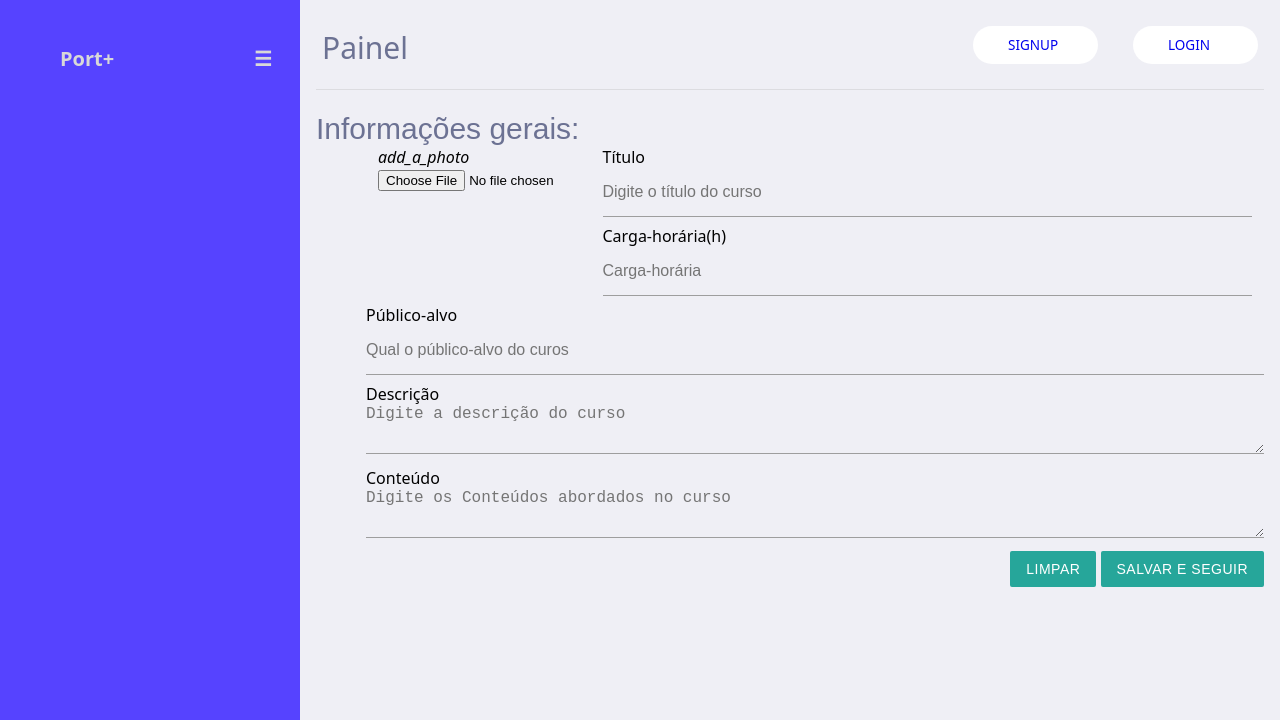
Repository: LauraMViana/Port-plus
Page: http://localhost/portPlus/criarCurso/criarCurso
An editor plug-in stored every save of this project. The page is shown before and after the next save, followed by the edit.
The browser window is 1280 px wide. The pictures show the whole page.
The page is this project's Thymeleaf template; nobody is signed in. The template is opened directly, without the code that normally fills it, so the values that code supplies are empty.

Above is the page before, as saved 2022-01-02 16:46:50.

### port/src/main/resources/templates/portPlus/criarCurso/criarCurso.html
<!DOCTYPE html >
<html xmlns:th="http://www.thymeleaf.org">
<head>
<meta charset="UTF-8">
<link rel="stylesheet"
	href="https://cdnjs.cloudflare.com/ajax/libs/font-awesome/4.7.0/css/font-awesome.min.css">
<!-- Compiled and minified CSS <!--
<link rel="stylesheet"
	href="https://cdnjs.cloudflare.com/ajax/libs/materialize/1.0.0/css/materialize.min.css">
-->
<link href="https://fonts.googleapis.com/icon?family=Material+Icons"
	rel="stylesheet">
<link rel="stylesheet" href="/Style.css">

<title>PortPlus</title>
</head>
<body>
	<div th:insert="~{menu :: navside}"></div>
	<div id="main">
		<div th:insert="~{menu :: navbar}"></div>
		<h4>Informações gerais:</h4>
		<form action="/portPlus/criarCurso" method="post"
			enctype="multipart/form-data" th:object="${curso}">
			<div class="file input-field col s3">
				<i class="large material-icons">add_a_photo</i> <input type="file"
					name="file">
				<p th:errors="*{nomeLogo}"></p>
			</div>
			<div class="input-field col s9">
				<label for="titulo">Título</label> <input
					placeholder="Digite o título do curso" id="titulo" type="text"
					class="validate" th:field="*{titulo}">
				<p th:errors="*{titulo}"></p>
				<div>
					<label for="cg">Carga-horária(h)</label> <input
						placeholder="Carga-horária" id="cg" type="number" class="validate"
						th:field="*{cargahoraria}">
				</div>
				<p th:errors="*{cargahoraria}"></p>
			</div>
			<div class="input-field">
				<label for=" nome"> Público-alvo</label> <input
					placeholder="Qual o público-alvo do curos" id="nome" type="text"
					th:field="*{publicalvo}">
				<p th:errors="*{publicalvo}"></p>
			</div>

			<div class="input-field">
				<label for="textarea1">Descrição</label>
				<textarea placeholder="Digite a descrição do curso" id="textarea1"
					class="materialize-textarea" th:field="*{descricao}"></textarea>

				<p th:errors="*{descricao}"></p>
			</div>

			<div class="input-field">
				<label for="textarea1">Conteúdo</label>
				<textarea placeholder="Digite os Conteúdos abordados no curso"
					id="textarea1" class="materialize-textarea" th:field="*{conteudo}"></textarea>

				<p th:errors="*{conteudo}"></p>
			</div>

			<div id="btn">
				<button class="btn waves-effect waves-light align-center"
					type="reset" name="action">Limpar</button>
				<button class="btn waves-effect waves-light align-center"
					type="submit" name="action">Salvar e seguir</button>
			</div>
		</form>
	</div>
	<script
		src="https://ajax.googleapis.com/ajax/libs/jquery/3.5.1/jquery.min.js"></script>
	<script>
		$(".menu").click(function() {
			$("#mySidenav").css('width', '70px');
			$("#main").css('margin-left', '70px');
			$(".logo").css('display', 'none');
			$(".logo1").css('display', 'block');
			$(".logo span").css('visibility', 'visible');
			$(".logo span").css('margin-left', '-10px');
			$(".icon-a").css('visibility', 'hidden');
			$(".icon-a").css('height', '25px');
			$(".icons").css('visibility', 'visible');
			$(".icons").css('margin-left', '-8px');
			$(".menu1").css('display', 'block');
			$(".menu").css('display', 'none');
		});

		$(".menu1").click(function() {
			$("#mySidenav").css('width', '300px');
			$("#main").css('margin-left', '300px');
			$(".logo").css('visibility', 'visible');
			$(".logo").css('display', 'block');
			$(".icon-a").css('visibility', 'visible');
			$(".icons").css('visibility', 'visible');
			$(".menu").css('display', 'block');
			$(".menu1").css('display', 'none');
		});
	</script>
	<script>
		$(document).ready(function() {
			$(".profile p").click(function() {
				$(".profile-div").toggle();
			});
		});
	</script>
</body>
</html>

### port/src/main/resources/templates/menu.html
<!DOCTYPE html >
<html xmlns:th="http://www.thymeleaf.org">
<head>
<meta charset="UTF-8">
<link rel="stylesheet" href="/Style.css" type="text/css" />
<link rel="stylesheet"
	href="https://cdnjs.cloudflare.com/ajax/libs/font-awesome/4.7.0/css/font-awesome.min.css">
<title>Port+</title>
</head>
<body>

	<!-- sec:authorize="hasRole('VENDAS')"  -->
	<div th:fragment="navside">

		<div id="mySidenav" class="sidenav">
			<p class="logo"><a href="/">
				Port+ <span class="menu">&#9776;</span></a>
			</p>
			<p class="logo1">
				<span class="menu1">&#9776;</span>
			</p>
			<!-- <a href="/" class="icon-a"> <i class="fa fa-dashboard icons"></i>
				&nbsp;&nbsp;Painel
			</a> -->
			<a sec:authorize="isAuthenticated()" href="/" class="icon-a"><i
				class="fa fa-list icons"></i> &nbsp;&nbsp;Menu</a> <a
				sec:authorize="isAuthenticated()" href="#" class="icon-a"><i
				class="fa fa-user icons"></i> &nbsp;&nbsp;Perfil</a> <a
				sec:authorize="isAuthenticated()" href="/portPlus/criarCurso"
				class="icon-a"><i class="fa fa-edit icons"></i> &nbsp;&nbsp;Meus
				Cursos(A)</a> <a sec:authorize="isAuthenticated()"
				href="/portPlus/criarCurso" class="icon-a"><i
				class="fa fa-edit icons"></i> &nbsp;&nbsp;Criar Curso(I)</a><a
				sec:authorize="isAuthenticated()" href="/portPlus/meusCursos"
				class="icon-a"><i class="fa fa-list-alt icons"></i>
				&nbsp;&nbsp;Submeter curso(I)</a>
		</div>
	</div>

	<div id="main">
		<div th:fragment="navbar">
			<div class="head">
				<div class="col-div-6">
					<p class="nav">Painel</p>
				</div>
				<div class="col-div-6">
					<div sec:authorize="isAuthenticated()" class="profile">
						<img src="/Imagens/usuario.png" class="pro-img circle" />
						<p sec:authentication="name">
							Instrutor <i class="fa fa-ellipsis-v dots" aria-hidden="true"></i>
						</p>

						<div class="profile-div">
							<p>
								<a href="#" class="icon-a"><i class="fa fa-user"></i>
									&nbsp;&nbsp;Perfil
							</p>
							<p>
								<i class="fa fa-power-off"></i> &nbsp;&nbsp;Sair
							</p>
						</div>
					</div>
					<div class="login">
						<p sec:authorize="!isAuthenticated()">
							<a href="/portPlus/login">LOGIN</a>
						</p>
						<p sec:authorize="!isAuthenticated()">
							<a href="/portPlus/signup">SIGNUP</a>
						</p>
					</div>
				</div>
				<div class="clearfix"></div>
			</div>
			<div class="clearfix"></div>
			<br />
		</div>
	</div>
	<script
		src="https://ajax.googleapis.com/ajax/libs/jquery/3.5.1/jquery.min.js"></script>
	<script>
		$(".menu").click(function() {
			$("#mySidenav").css('width', '70px');
			$("#main").css('margin-left', '70px');
			$(".logo").css('display', 'none');
			$(".logo1").css('display', 'block');
			$(".logo span").css('visibility', 'visible');
			$(".logo span").css('margin-left', '-10px');
			$(".icon-a").css('visibility', 'hidden');
			$(".icon-a").css('height', '25px');
			$(".icons").css('visibility', 'visible');
			$(".icons").css('margin-left', '-8px');
			$(".menu1").css('display', 'block');
			$(".menu").css('display', 'none');
		});

		$(".menu1").click(function() {
			$("#mySidenav").css('width', '300px');
			$("#main").css('margin-left', '300px');
			$(".logo").css('visibility', 'visible');
			$(".logo").css('display', 'block');
			$(".icon-a").css('visibility', 'visible');
			$(".icons").css('visibility', 'visible');
			$(".menu").css('display', 'block');
			$(".menu1").css('display', 'none');
		});
	</script>
	<script>
		$(document).ready(function() {
			$(".profile p").click(function() {
				$(".profile-div").toggle();

			});

			/* $(".noti-icon").click(function() {
					$(".notification-div").toggle();
				}); */

		});
	</script>
</body>
</html>

### port/src/main/resources/static/Style.css
/* Laura */
body {
	margin: 0px;
	padding: 0px;
	background-color: #efeff5;
	font-family: system-ui;
}

.clearfix {
	clear: both;
}

.logo {
	margin: 0px;
	margin-left: 28px;
	font-weight: bold;
	color: white;
	margin-bottom: 30px;
}

.sidenav {
	height: 100%;
	width: 300px;
	position: fixed;
	z-index: 1;
	top: 0;
	left: 0;
	background-color: #5643ff;
	overflow: hidden;
	padding-top: 30px;
	transition: ease-in-out 0.3s;
}

.menu {
	float: right;
	margin-right: 20px;
	cursor: pointer;
}

.logo1 {
	margin: 0px;
	margin-left: 20px;
	font-weight: bold;
	color: white;
	margin-bottom: 50px;
	display: none;
	cursor: pointer;
}

.menu1 {
	float: left;
	display: none;
}

.sidenav a {
	padding: 15px 8px 15px 32px;
	text-decoration: none;
	font-size: 20px;
	color: #d8d8d8;
	display: block;
}

.sidenav a:hover {
	color: #f1f1f1;
	background-color: #2c1ed6;
}

.sidenav {
	top: 0;
	right: 25px;
	font-size: 30px;
}

#main {
	padding: 16px;
	margin-left: 300px;
}

.head {
	padding: 0px 6px;
	border-bottom: 1px solid #d6d6d8b8;
	padding-bottom: 10px;
}

.col-div-6 {
	width: 50%;
	float: left;
}

.login p {
	color: #6c7293;
	font-weight: 500;
	margin-left: 35px;
	margin-top: 10px;
	font-size: 13.5px;
	background-color: white;
	padding: 10px;
	border-radius: 25px;
	padding-left: 35px;
	width: 80px;
	float: right;
	cursor: pointer;
}

.profile {
	display: inline-block;
	float: right;
	width: 160px;
}

.pro-img {
	float: left;
	width: 40px;
	margin-top: 8px;
	margin-left: 20px;
}

.profile p {
	color: #6c7293;
	font-weight: 500;
	margin-left: 35px;
	margin-top: 10px;
	font-size: 13.5px;
	background-color: white;
	padding: 10px;
	border-radius: 25px;
	padding-left: 35px;
	cursor: pointer;
}

.dots {
	margin-left: 10px;
}

.profile-div {
	background-color: white;
	width: 160px;
	border: 1px solid #ddd;
	padding: 10px 0px;
	right: 2%;
	border-radius: 5px;
	position: absolute;
	z-index: 9;
	display: none;
}

.profile-div:after {
	content: '';
	position: absolute;
	height: 10px;
	width: 10px;
	background-color: white;
	top: -6px;
	border-left: 1px solid #ddd;
	border-top: 1px solid #ddd;
	transform: rotate(45deg);
	right: 10%;
}

.profile-div p {
	margin: 0px;
	padding: 10px 20px;
}

.profile-div p:hover {
	margin: 0px;
	padding: 10px 20px;
	background-color: #5643ff;
	border-radius: 0px;
	color: white;
}

.notification-div {
	background-color: white;
	width: 240px;
	border: 1px solid #ddd;
	padding: 10px 0px;
	right: 16%;
	border-radius: 5px;
	top: 12%;
	position: absolute;
	z-index: 9;
	display: none;
}

.notification-div:after {
	content: '';
	position: absolute;
	height: 10px;
	width: 10px;
	background-color: white;
	top: -6px;
	border-left: 1px solid #ddd;
	border-top: 1px solid #ddd;
	transform: rotate(45deg);
	right: 10%;
}

.noti-head {
	display: block;
	margin: 0px;
	color: #6c7293;
}

.noti-head:hover {
	background-color: white !important;
	color: #6c7293 !important;
}

.noti-head span {
	position: absolute;
	right: 8%;
	top: 10%;
	background-color: #5643ff;
	padding: 1px 5px;
	color: white;
	border-radius: 20px;
}

.hr {
	margin: 0px;
	border: none;
	background-color: #ddd;
	height: 1px;
}

.notification-div p {
	margin: 0px;
	padding: 10px 20px;
	color: #6c7293;
}

.notification-div p span {
	font-size: 11px;
	display: block;
}

.notification-div p:hover {
	margin: 0px;
	padding: 10px 20px;
	background-color: #5643ff;
	border-radius: 0px;
	color: white;
}

.search-icon {
	position: absolute;
	right: 22%;
	top: 25px;
	background-color: white;
	padding: 13px;
	border-radius: 21px;
	color: #6c7293;
	cursor: pointer;
}

.noti-icon {
	position: absolute;
	right: 17%;
	top: 25px;
	background-color: #5643ff;
	padding: 13px;
	border-radius: 21px;
	color: #fff;
	cursor: pointer;
}

.noti-icon:after {
	content: '';
	height: 5px;
	width: 5px;
	border-radius: 5px;
	top: 5px;
	left: 20px;
	position: absolute;
	background-color: red;
}

.col-div-4-1 {
	width: 33.3%;
	float: left;
}

.box {
	width: 88%;
	height: 480px;
	background-color: #ffffff;
	margin-left: 10px;
	padding: 10px;
	box-shadow: 2px 5px 10px #ddd;
	position: relative;
}

.box p {
	color: #6c7293;
	font-weight: 500;
	padding-left: 10px;
}

.number {
	font-size: 35px;
	margin-bottom: 0px;
	margin-top: 20px;
}

.percent {
	margin: 0px;
	font-size: 14px;
	color: #37bf37 !important;
}

.percent span {
	font-size: 12px;
	color: #9398b1;
	padding-left: 3px;
}

.head-1 {
	font-size: 18px !important;
	margin: 10px 0px;
	color: #6c7293;
}

.head-1 span {
	float: right;
	background-color: #5643ff;
	color: white;
	padding: 3px 10px;
	font-size: 15px;
}

.box-icon {
	font-size: 20px !important;
	margin-top: 35px !important;
	color: #5643ff;
	padding-right: 10px;
	background-color: #efeff5;
	padding: 15px;
	border-radius: 25px;
	position: absolute;
	right: 16px;
	top: -18px;
}

.box-1 {
	width: 88%;
	height: 282px;
	background-color: #ffffff;
	margin-left: 10px;
	padding: 10px;
	box-shadow: 2px 5px 10px #ddd;
	position: relative;
}

.m-box {
	color: #6c7293;
	position: relative;
	padding: 0px 12px;
}

.active {
	background-color: #5646ff;
	color: white;
	box-shadow: 4px 3px 7px 3px #3226ad54;
}

.active .no-1 {
	color: #ddd !important;
}

.m-box p {
	display: inline-block;
	margin: 10px 0px;
}

.no {
	position: absolute !important;
	top: 21px;
	right: 15px;
	font-weight: 500;
}

.no-1 {
	font-size: 12px;
	color: #9398b1;
}

.act-p {
	font-size: 13px;
	color: #6c7293;
}

.act-p .fa {
	color: orange !important;
}

.content-box-1 {
	padding: 0px 10px;
}

.col-div-12 {
	width: 100%;
}

.col-div-4 {
	width: 30%;
	float: left;
}

.content-box {
	padding: 20px;
}

.content-box p {
	margin: 0px;
	font-size: 20px;
	color: #6c7293;
}

.content-box p span {
	float: right;
	background-color: #5643ff;
	color: white;
	padding: 3px 10px;
	font-size: 15px;
}

.box-8 {
	width: 97.8%;
	background-color: #fff;
	height: 330px;
}

.nav {
	font-size: 30px;
	cursor: pointer;
	color: #6c7293;
	margin: 11px 0px;
}

.box-8 {
	margin-left: 10px;
}

td, th {
	border: 1px solid #dddddd;
	text-align: left;
	padding: 10px;
}

tr:nth-child(even) {
	background-color: #5643ff29;
	color: #6c7293 !important;
}

.circle-wrap {
	margin: 50px auto;
	width: 150px;
	height: 150px;
	background: #e6e2e7;
	border-radius: 50%;
}

.circle-wrap .circle .mask, .circle-wrap .circle .fill {
	width: 150px;
	height: 150px;
	position: absolute;
	border-radius: 50%;
}

.circle-wrap .circle .mask {
	clip: rect(0px, 150px, 150px, 75px);
}

.circle-wrap .circle .mask .fill {
	clip: rect(0px, 75px, 150px, 0px);
	background-color: #5646ff;
}

.circle-wrap .circle .mask.full, .circle-wrap .circle .fill {
	animation: fill ease-in-out 3s;
	transform: rotate(126deg);
}

@
keyframes fill { 0% {
	transform: rotate(0deg);
}

100










%
{
transform










:










rotate








(










126deg










)








;
}
}
.circle-wrap .inside-circle {
	width: 130px;
	height: 130px;
	border-radius: 50%;
	background: #fff;
	line-height: 130px;
	text-align: center;
	margin-top: 10px;
	margin-left: 10px;
	position: absolute;
	z-index: 100;
	font-weight: 700;
	font-size: 2em;
	color: #6c7293;
}

/* Thais */
h1 {
	font-weight: 400;
	font-family: Century Gothic, Arial, Helvetica, sans-serif;
	color: #6c7293;
	font-size: calc(1.044375rem + 1.7325vw);
}

h4, h6 {
	font-weight: 100;
	font-family: Century Gothic, Arial, Helvetica, sans-serif;
	color: #6c7293;
	font-size: 30px;
	margin: 0px;
}

a {
	text-decoration: none;
}

#btn {
	text-align: right;
}

/*Apresente material  */
.mod-title {
	font-size: 30px;
	color: #d8d8d8;
}

/* Index  */
.box-mod {
	width: 88%;
	height: 30px;
	background-color: #dfdfdf;
	margin-left: 10px;
	padding: 10px;
	position: relative;
	margin-left: 10px;
	padding: 10px;
	border-top: 1px solid #d7dfe3;
	margin-left: 10px;
	margin-bottom: 15px;
}

.box-mod p {
	color: #6c7293;
	font-weight: 500;
	margin: 0px;
	padding: 10px;
	width: 105px;
	margin-left: 90px;
}
/* blocos de curso ou modulos  */
.col-div-4-2 {
	width: 25%;
	float: left;
}

.card.small .card-image+.card-content, .card.medium .card-image+.card-content,
	.card.large .card-image+.card-content {
	max-height: 40%;
}

.card.small .card-content, .card.medium .card-content, .card.large .card-content
	{
	max-height: 100%;
	overflow: hidden;
}

.card .card-content {
	padding: 24px;
	border-radius: 0 0 2px 2px;
}

.card .card-image img {
	display: block;
	border-radius: 2px 2px 0 0;
	position: relative;
	left: 0;
	right: 0;
	top: 0;
	bottom: 0;
	width: 100%;
}

img {
	border-style: none;
}

.card.small .card-image, .card.medium .card-image, .card.large .card-image
	{
	max-height: 60%;
	overflow: hidden;
}

.card .card-image {
	position: relative;
}

.card.small {
	height: 300px;
}

.card.small, .card.medium, .card.large {
	position: relative;
}

.card {
	margin-left: 10px;
	box-shadow: 2px 5px 10px #ddd;
	position: relative;
	height: 250px;
	background-color: #fff;
	-webkit-transition: -webkit-box-shadow .25s;
	transition: -webkit-box-shadow .25s;
	transition: box-shadow .25s;
	transition: box-shadow .25s, -webkit-box-shadow .25s;
	border-radius: 2px;
}

.card {
	position: relative;
	margin: 0.5rem 0 1rem 0;
	background-color: #fff;
	-webkit-transition: -webkit-box-shadow .25s;
	transition: -webkit-box-shadow .25s;
	transition: box-shadow .25s;
	transition: box-shadow .25s, -webkit-box-shadow .25s;
	border-radius: 2px;
}

.image {
	display: block;
	position: relative;
	left: 0;
	right: 0;
	top: 0;
	bottom: 0;
	width: 100%;
	max-height: 70%;
	overflow: hidden;
	max-height: 70%;
	right: 0;
	top: 0;
	bottom: 0;
}

.card {
	margin-left: 10px;
	box-shadow: 2px 5px 10px #ddd;
	position: relative;
	height: 250px;
	background-color: #fff;
	-webkit-transition: -webkit-box-shadow .25s;
	transition: -webkit-box-shadow .25s;
	transition: box-shadow .25s;
	transition: box-shadow .25s, -webkit-box-shadow .25s;
	border-radius: 2px;
}

.card-title-mod {
	display: block;
	line-height: 32px;
	margin-bottom: 8px;
	font-size: 24px;
	font-weight: 300;
}
/* descriçao do curso  */
.mod-d {
	font-size: 18px !important;
	margin: 10px 0px;
	color: #6c7293;
	text-align: justify;
}

/* Pag apresentação Material */
aside {
	width: 260px;
	float: right;
	margin-right: 20px;
	border: 1px solid black;
}

.conteudo {
	padding-left: 15px;
	width: 700px;
	float: left;
	height: 415px;
	text-align: justify;
}

.card.lista {
	background-color: #5643ff;
	width: 259.5px;
	height: 50px;
	text-align: center;
	padding: 5px 0px 5px 0px;
	margin: 0px;
}

.lista li {
	padding: 15px 8px 15px 32px;
	text-decoration: none;
	font-size: 20px;
	color: #d8d8d8;
	display: block;
	text-align: justify;
}

.lista li:hover {
	color: #f1f1f1;
	background-color: #5643ff;
}

.lista a:hover {
	color: #f1f1f1;
	background-color: #5643ff;
}

ul {
	padding: 0px;
	margin: 0px;
	list-style-type: none;
}

textarea.materialize-textarea.texto {
	height: 12rem;
}

input:not([type]), input[type="text"]:not(.browser-default), input[type="url"]:not(.browser-default),
	input[type="number"]:not(.browser-default), textarea.materialize-textarea
	{
	background-color: transparent;
	border-top-width: initial;
	border-right-width: initial;
	border-left-width: initial;
	border-top-color: initial;
	border-right-color: initial;
	border-left-color: initial;
	height: 3rem;
	width: 100%;
	font-size: 16px;
	box-shadow: none;
	box-sizing: content-box;
	border-style: none none solid;
	border-image: initial;
	border-bottom: 1px solid rgb(158, 158, 158);
	border-radius: 0px;
	outline: none;
	margin: 0px 0px 8px;
	padding: 0px;
	transition: box-shadow 0.3s ease 0s, border 0.3s ease 0s,
		-webkit-box-shadow 0.3s ease 0s;
}

form {
	padding-left: 50px;
}

.dados-do-curso, .listarCriarMod {
	padding-left: 50px;
}

.s2 {
	width: 20%;
	display: inline;
}

.col.s3 {
	width: 25%;
	margin-left: auto;
	left: auto;
	right: auto;
}

.col.s4 {
	width: 33.3333333333%;
	margin-left: auto;
	left: auto;
	right: auto;
}

.col.s5 {
	width: 41.6666666667%;
	margin-left: auto;
	left: auto;
	right: auto;
}

.col.s6 {
	width: 50%;
	margin-left: auto;
	left: auto;
	right: auto;
}

.col.s9 {
	width: 75%;
	margin-left: auto;
	left: auto;
	right: auto;
}

.col.s12 {
	width: 100%;
	margin-left: auto;
	left: auto;
	right: auto;
}

.col.s12.cont {
	padding-bottom: 20px;
}

.col {
	float: left;
	-webkit-box-sizing: border-box;
	box-sizing: border-box;
	padding: 0 0.75rem;
	min-height: 1px;
}

.s10 {
	width: 80%;
	margin-left: auto;
	left: auto;
	right: auto;
}

.btn {
	text-decoration: none;
	color: #fff;
	background-color: #26a69a;
	text-align: center;
	letter-spacing: .5px;
	-webkit-transition: background-color .2s ease-out;
	transition: background-color .2s ease-out;
	cursor: pointer;
	border: none;
	border-radius: 2px;
	display: inline-block;
	height: 36px;
	line-height: 36px;
	padding: 0 16px;
	text-transform: uppercase;
	font-size: 14px;
	outline: 0;
	font-size: 14px;
}

.waves-effect {
	position: relative;
	cursor: pointer;
	display: inline-block;
	overflow: hidden;
	-webkit-user-select: none;
	-moz-user-select: none;
	-ms-user-select: none;
	user-select: none;
	-webkit-tap-highlight-color: transparent;
	vertical-align: middle;
	z-index: 1;
	-webkit-transition: .3s ease-out;
	transition: .3s ease-out;
}

.modal.modal-fixed-footer {
	padding: 0;
	height: 70%;
}

.modal {
	display: none;
	position: fixed;
	left: 0;
	right: 0;
	background-color: #fafafa;
	padding: 0;
	max-height: 70%;
	width: 55%;
	margin: auto;
	overflow-y: auto;
	border-radius: 2px;
	will-change: top, opacity;
}

.modal.modal-fixed-footer {
	padding: 0;
	height: 70%;
}

.modal {
	display: none;
	position: fixed;
	left: 0;
	right: 0;
	background-color: #fafafa;
	padding: 0;
	max-height: 70%;
	width: 55%;
	margin: auto;
	overflow-y: auto;
	border-radius: 2px;
	will-change: top, opacity;
}

.z-depth-5, .modal {
	-webkit-box-shadow: 0 24px 38px 3px rgb(0 0 0/ 14%), 0 9px 46px 8px
		rgb(0 0 0/ 12%), 0 11px 15px -7px rgb(0 0 0/ 20%);
	box-shadow: 0 24px 38px 3px rgb(0 0 0/ 14%), 0 9px 46px 8px
		rgb(0 0 0/ 12%), 0 11px 15px -7px rgb(0 0 0/ 20%);
}

.collapsible {
	border-top: 1px solid #ddd;
	border-right: 1px solid #ddd;
	border-left: 1px solid #ddd;
	margin: 0.5rem 0 1rem 0;
}

.collapsible-header {
	display: -webkit-box;
	display: -webkit-flex;
	display: -ms-flexbox;
	display: flex;
	-webkit-tap-highlight-color: transparent;
	line-height: 1.5;
	padding: 1rem;
	background-color: #fff;
	border-bottom: 1px solid #ddd;
	display: -webkit-box;
	display: -webkit-flex;
	display: -ms-flexbox;
	display: flex;
	cursor: pointer;
	-webkit-tap-highlight-color: transparent;
	line-height: 1.5;
	padding: 1rem;
	background-color: #fff;
	border-bottom: 1px solid #ddd;
}

.optCont {
	display: inline-block;
	float: right;
	width: 160px;
}

.optCont a {
	cursor: pointer;
}

.opt {
	background-color: white;
	width: 100px;
	border: 1px solid #ddd;
	padding: 10px 0px;
	right: 10%;
	border-radius: 5px;
	position: absolute;
	z-index: 9;
	display: none;
}

.opt p {
	margin: 0px;
	padding: 10px 20px;
}

.opt p:hover {
	margin: 0px;
	padding: 10px 20px;
	background-color: #5643ff;
	border-radius: 0px;
	color: white;
}

.modal.modal-fixed-footer {
	height: 40%;
	width: 40%;
}

.modal .modal-content {
	padding: 65px 24px 24px 75px;
}

After the next save:
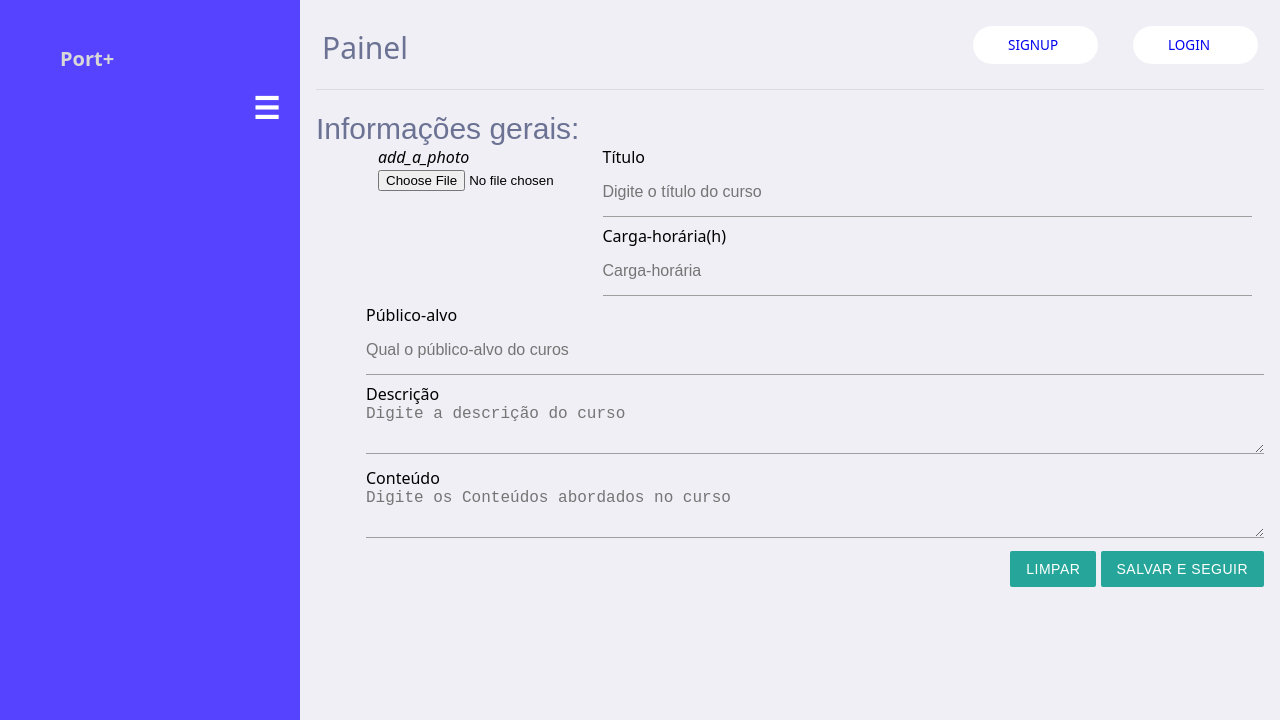
Saved 16 s later.
--- a/port/src/main/resources/templates/menu.html
+++ b/port/src/main/resources/templates/menu.html
@@ -14,7 +14,7 @@
 
 		<div id="mySidenav" class="sidenav">
 			<p class="logo"><a href="/">
-				Port+ <span class="menu">&#9776;</span></a>
+				Port+ </a><span class="menu">&#9776;</span>
 			</p>
 			<p class="logo1">
 				<span class="menu1">&#9776;</span>
